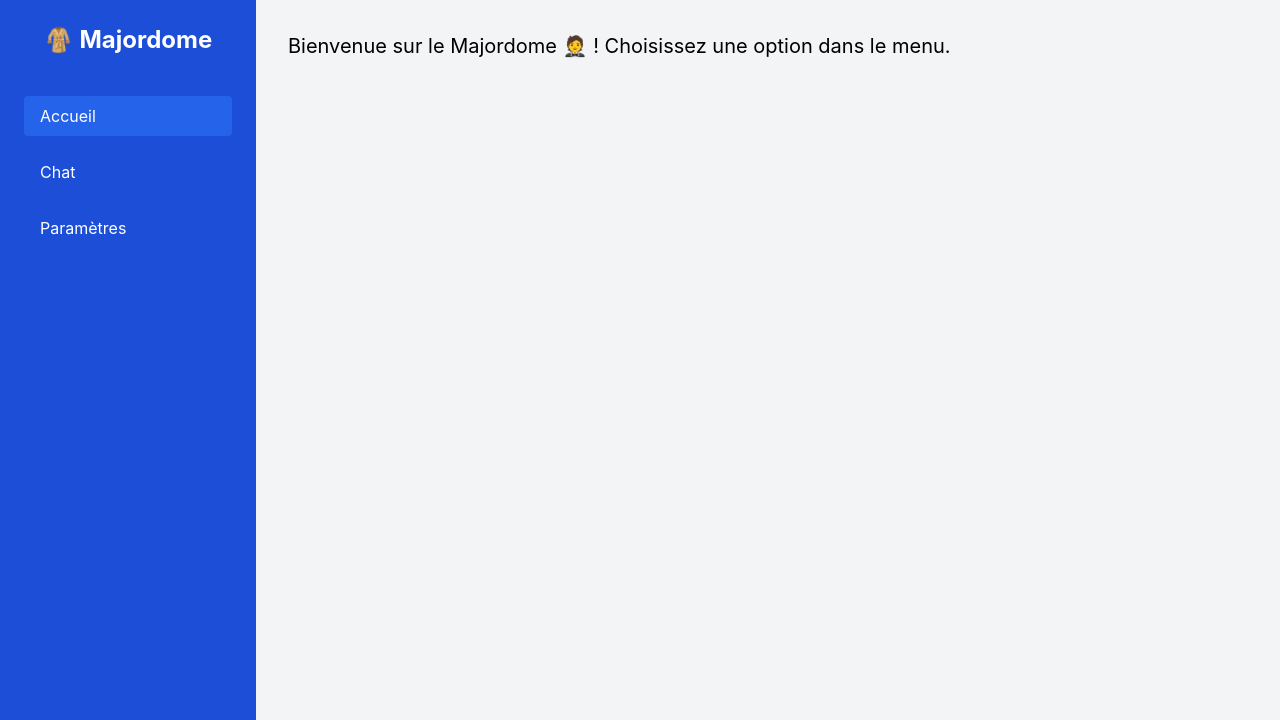
Repository: LeLoustique/majordome-front
Page: /
These files come from the project's save history. The page is drawn as it stood at one moment and after the next save; the edit follows.
The browser window is 1280 px wide. The pictures show the whole page.
The project was rebuilt for these pictures with package versions that can differ from the ones it lists, and the page was loaded fresh each time. Also part of the build but not shown: src/api.js, src/pages/Chat.jsx, src/pages/Parametres.jsx. Imported but missing from the stored project, and not drawn on this page: src/auth/AuthProvider.

Above is the page before, as saved 2025-06-13 14:41:00.

### src/index.js
import React from 'react';
import ReactDOM from 'react-dom/client';
import './index.css';
import App from './App';
import reportWebVitals from './reportWebVitals';
import { BrowserRouter } from "react-router-dom";

const root = ReactDOM.createRoot(document.getElementById("root"));
root.render(
  <BrowserRouter>
    <App />
  </BrowserRouter>
);

// If you want to start measuring performance in your app, pass a function
// to log results (for example: reportWebVitals(console.log))
// or send to an analytics endpoint. Learn more: https://bit.ly/CRA-vitals
reportWebVitals();

### src/App.js
import React from "react";
import { Routes, Route } from "react-router-dom";
import Layout from "./Layout";
import Accueil from "./pages/Accueil";
import Chat from "./pages/Chat";
import Parametres from "./pages/Parametres";

function App() {
  return (
    <Routes>
      <Route path="/" element={<Layout />}>
        <Route index element={<Accueil />} />
        <Route path="chat" element={<Chat />} />
        <Route path="parametres" element={<Parametres />} />
      </Route>
    </Routes>
  );
}

export default App;

### src/Layout.jsx
import React from "react";
import { Link, Outlet, useLocation } from "react-router-dom";

function Layout() {
  const location = useLocation();

  return (
    <div className="flex h-screen bg-gray-100">
      {/* Sidebar */}
      <aside className="w-64 bg-blue-700 text-white flex flex-col py-6">
        <div className="text-2xl font-bold text-center mb-10">🧥 Majordome</div>
        <nav className="space-y-4 px-6">
          <Link
            to="/"
            className={`block py-2 px-4 rounded ${
              location.pathname === "/" ? "bg-blue-600" : "hover:bg-blue-600"
            }`}
          >
            Accueil
          </Link>
          <Link
            to="/chat"
            className={`block py-2 px-4 rounded ${
              location.pathname === "/chat" ? "bg-blue-600" : "hover:bg-blue-600"
            }`}
          >
            Chat
          </Link>
          <Link
            to="/parametres"
            className={`block py-2 px-4 rounded ${
              location.pathname === "/parametres" ? "bg-blue-600" : "hover:bg-blue-600"
            }`}
          >
            Paramètres
          </Link>
        </nav>
      </aside>

      {/* Page content */}
      <main className="flex-1">
        <Outlet /> {/* C’est ici que chaque page s'affiche */}
      </main>
    </div>
  );
}

export default Layout;

### src/pages/Accueil.jsx
export default function Accueil() {
  return (
    <div className="p-8 text-xl">
      Bienvenue sur le Majordome 🤵 ! Choisissez une option dans le menu.
    </div>
  );
}

Loaded but not shown: public/index.html (common file); src/index.css (common file); src/reportWebVitals.js (common file); tailwind.config.js (common file)

After the next save:
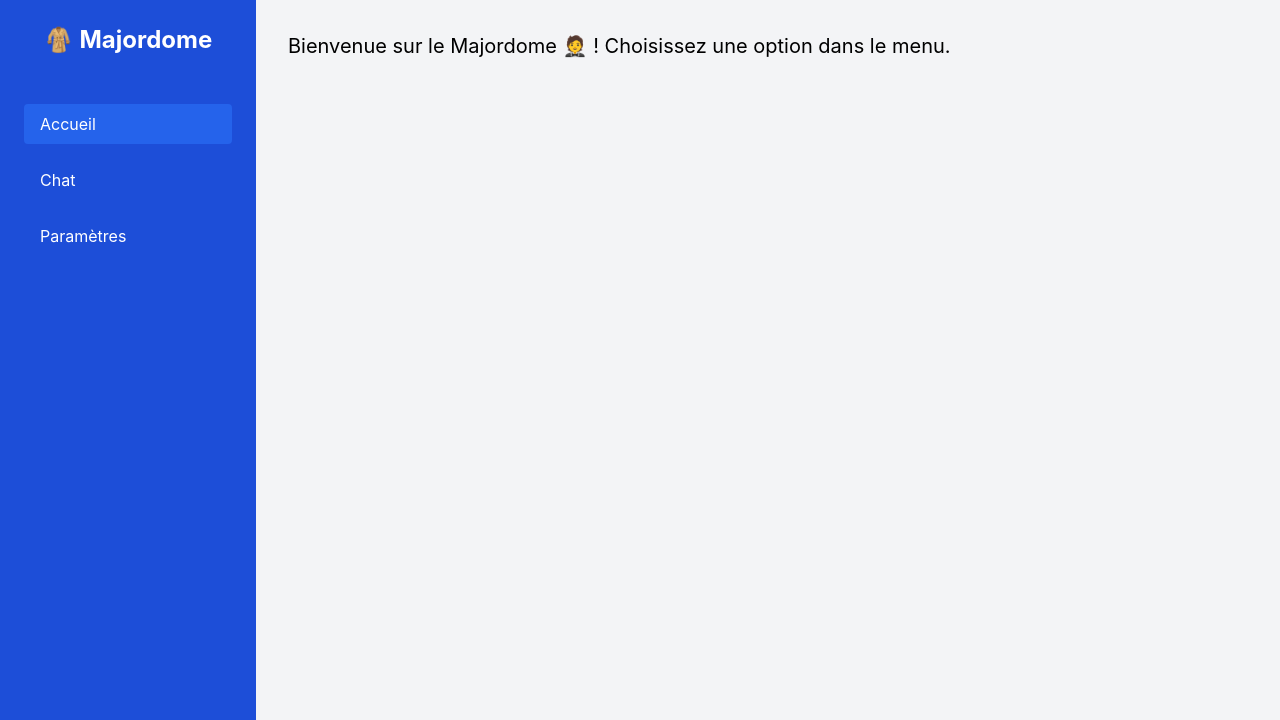
Saved 4 min 38 s later.
--- a/src/Layout.jsx
+++ b/src/Layout.jsx
@@ -1,20 +1,36 @@
-import React from "react";
+import React, { useState } from "react";
 import { Link, Outlet, useLocation } from "react-router-dom";
+import { Menu, X } from "lucide-react"; // Optionnel pour icônes
 
-function Layout() {
+export default function Layout() {
+  const [sidebarOpen, setSidebarOpen] = useState(false);
   const location = useLocation();
 
+  const toggleSidebar = () => setSidebarOpen(!sidebarOpen);
+
   return (
-    <div className="flex h-screen bg-gray-100">
+    <div className="flex h-screen">
       {/* Sidebar */}
-      <aside className="w-64 bg-blue-700 text-white flex flex-col py-6">
-        <div className="text-2xl font-bold text-center mb-10">🧥 Majordome</div>
-        <nav className="space-y-4 px-6">
+      <div
+        className={`
+          fixed md:static z-20 top-0 left-0 h-full w-64 bg-blue-700 text-white transform transition-transform duration-300
+          ${sidebarOpen ? "translate-x-0" : "-translate-x-full md:translate-x-0"}
+        `}
+      >
+        <div className="flex items-center justify-between px-6 py-4 md:hidden">
+          <div className="text-xl font-bold">🧥 Majordome</div>
+          <button onClick={toggleSidebar}>
+            <X className="w-6 h-6" />
+          </button>
+        </div>
+        <div className="hidden md:block text-2xl font-bold text-center py-6">🧥 Majordome</div>
+        <nav className="space-y-4 px-6 mt-6">
           <Link
             to="/"
             className={`block py-2 px-4 rounded ${
               location.pathname === "/" ? "bg-blue-600" : "hover:bg-blue-600"
             }`}
+            onClick={() => setSidebarOpen(false)}
           >
             Accueil
           </Link>
@@ -23,6 +39,7 @@ function Layout() {
             className={`block py-2 px-4 rounded ${
               location.pathname === "/chat" ? "bg-blue-600" : "hover:bg-blue-600"
             }`}
+            onClick={() => setSidebarOpen(false)}
           >
             Chat
           </Link>
@@ -31,18 +48,28 @@ function Layout() {
             className={`block py-2 px-4 rounded ${
               location.pathname === "/parametres" ? "bg-blue-600" : "hover:bg-blue-600"
             }`}
+            onClick={() => setSidebarOpen(false)}
           >
             Paramètres
           </Link>
         </nav>
-      </aside>
+      </div>
 
       {/* Page content */}
-      <main className="flex-1">
-        <Outlet /> {/* C’est ici que chaque page s'affiche */}
-      </main>
+      <div className="flex-1 flex flex-col h-full">
+        {/* Topbar */}
+        <div className="md:hidden bg-white shadow px-4 py-3 flex items-center justify-between">
+          <button onClick={toggleSidebar}>
+            <Menu className="w-6 h-6 text-blue-700" />
+          </button>
+          <div className="text-blue-700 font-semibold text-lg">Majordome</div>
+        </div>
+
+        {/* Outlet: content of current route */}
+        <main className="flex-1 overflow-auto bg-gray-100">
+          <Outlet />
+        </main>
+      </div>
     </div>
   );
 }
-
-export default Layout;
